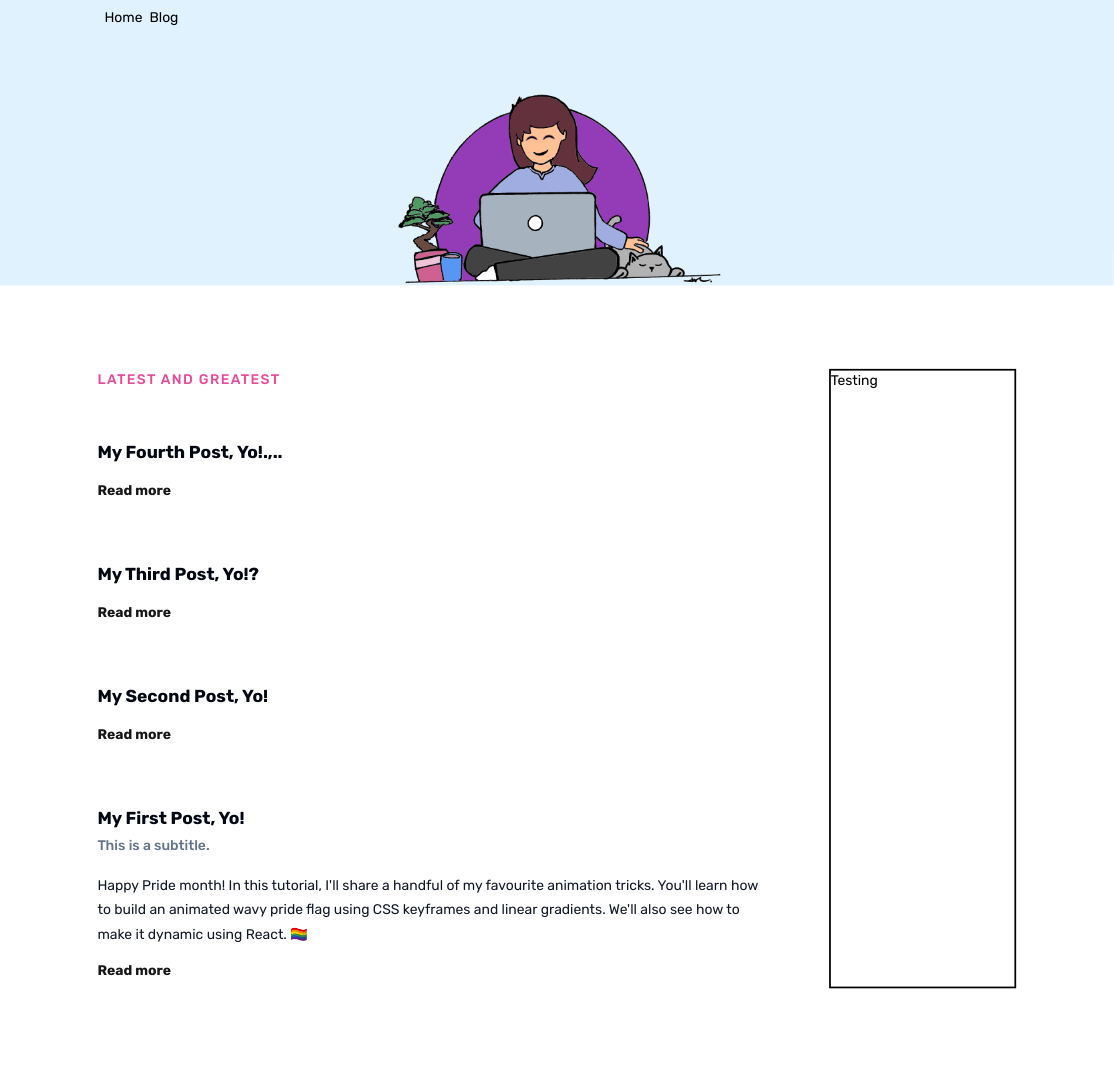
Repository: Risclover/markdown-blog
Page: /
The author's editor kept a copy of each file at every save. The page is drawn from the files as they stood at one save, then again after the next save.
The browser window is 1280 px wide. The pictures show the whole page, at 87% of full size.
The project was rebuilt for these pictures with package versions that can differ from the ones it lists, and the page was loaded fresh each time. Also part of the build but not shown: src/ErrorPage.js, src/pages/PostPage/PostPage.js.

Above is the page before, as saved 2023-06-29 04:33:12.

### src/index.js
import React from "react";
import ReactDOM from "react-dom/client";
import { createBrowserRouter, RouterProvider } from "react-router-dom";
import "./fonts/wotfard-cufonfonts-webfont/style.css";
import postList from "./posts.json";

import "./index.css";
import App from "./App";
import ErrorPage from "./ErrorPage";
import PostPage from "./pages/PostPage/PostPage";
import Home from "./pages/Home/Home";

const router = createBrowserRouter([
  {
    path: "/",
    element: <App />,
    children: [
      {
        path: "/",
        element: <Home />,
        errorElement: <ErrorPage />,
      },
      {
        path: "/posts/:id",
        element: <PostPage postList={postList} />,
      },
    ],
  },
]);

const root = ReactDOM.createRoot(document.getElementById("root"));
root.render(
  <React.StrictMode>
    <RouterProvider router={router} />
  </React.StrictMode>
);

### src/fonts/wotfard-cufonfonts-webfont/style.css
/* #### Generated By: http://www.cufonfonts.com #### */

    @font-face {
    font-family: 'Wotfard Regular';
    font-style: normal;
    font-weight: normal;
    src: local('Wotfard Regular'), url('Wotfard-Regular.woff') format('woff');
    }

### src/posts.json
[{"id":4,"title":"My Third Post, Yo!?","subtitle":"No subtitle given","description":"No description given","author":"Dave Jones","date":"December 13, 2019","timestamp":1576224000,"content":"\nWelcome to My Blog. _It's a beautiful thing._ I hope you'll have as much fun reading my posts as I have writing them. Well, before we go any further, allow me to introduce myself. I'm Dave Jones. I'm 34, and from Montreal, Canada.\n"},{"id":3,"title":"My Second Post, Yo!","subtitle":"No subtitle given","description":"No description given","author":"Dave Jones","date":"December 11, 2019","timestamp":1576051200,"content":"\nWelcome to My Blog. _It's a beautiful thing._ I hope you'll have as much fun reading my posts as I have writing them. Well, before we go any further, allow me to introduce myself. I'm Dave Jones. I'm 34, and from Montreal, Canada.\n"},{"id":2,"title":"My Fourth Post, Yo!.,..","subtitle":"No subtitle given","description":"No description given","author":"Dave Jones","date":"December 16, 2019","timestamp":1576483200,"content":"\nWelcome to My Blog. _It's a beautiful thing._ I hope you'll have as much fun reading my posts as I have writing them. Well, before we go any further, allow me to introduce myself. I'm Dave Jones. I'm 34, and from Montreal, Canada.\n"},{"id":1,"title":"My First Post, Yo!","subtitle":"This is a subtitle.","description":"Happy Pride month! In this tutorial, I'll share a handful of my favourite animation tricks. You'll learn how to build an animated wavy pride flag using CSS keyframes and linear gradients. We'll also see how to make it dynamic using React. 🏳️‍🌈","author":"Dave Jones","date":"December 11, 2019","timestamp":1576051200,"content":"\nWelcome to My Blog. _It's a beautiful thing._ I hope you'll have as much fun reading my posts as I have writing them. Well, before we go any further, allow me to introduce myself. I'm Dave Jones. I'm 34, and from Montreal, Canada.\n"}]

### src/index.css
/* Importing the Rubik font from Google Fonts */

@import url("https://fonts.googleapis.com/css2?family=Rubik:ital,wght@0,300;0,400;0,500;0,600;0,700;0,800;0,900;1,300;1,400;1,500;1,600;1,700;1,800;1,900&display=swap");

### src/App.js
import "./App.css";
import { Outlet, Route, Routes } from "react-router-dom";
import Home from "./pages/Home/Home";
import NavBar from "./components/NavBar";
import Header from "./components/Header";
import HomeHeader from "./components/HomeHeader";
import postList from "./posts.json";

function App() {
  return (
    <div className="bg-white-100 min-h-screen">
      <Header>
        <NavBar />
        <HomeHeader />
      </Header>
      <div className="m-auto">
        <Outlet />
      </div>
    </div>
  );
}

export default App;

### src/pages/Home/Home.js
import React, { useEffect } from "react";
import postList from "../../posts.json";
import BlogPost from "../../components/BlogPost";
import { Link } from "react-router-dom";

export default function Home() {
  console.log(postList);

  postList.sort((a, b) => {
    let aPost = a.timestamp;
    let bPost = b.timestamp;

    return bPost - aPost;
  });

  return (
    <main className="container px-12 py-24 font-sans mx-auto max-w-6xl w-full flex">
      <section className="mr-16">
        <h2 className="uppercase text-base font-medium tracking-widest text-pink-500">
          Latest and Greatest
        </h2>
        <div className="grid grid-cols-1 gap-1 grid-flow-row ">
          {postList.map((post) => (
            <Link to={`/posts/${post.id}`}>
              <BlogPost post={post} />
            </Link>
          ))}
        </div>
      </section>
      <section className="w-1/3 border-2 border-black">Testing</section>
    </main>
  );
}

### src/components/NavBar.js
import React from "react";
import { Link } from "react-router-dom";

export default function NavBar() {
  return (
    <div className="py-2">
      <ul className="flex">
        <li className="mx-2">
          <Link to={"/"}>Home</Link>
        </li>
        <li>Blog</li>
      </ul>
    </div>
  );
}

### src/components/Header.js
import React from "react";

export default function Header({ children }) {
  return (
    <header className="w-full bg-sky-100 flex flex-col">
      <div className="max-w-6xl px-12 w-full mx-auto">{children}</div>
    </header>
  );
}

### src/components/HomeHeader.js
import React from "react";
import Avatar from "../images/avatar.png";
export default function HomeHeader() {
  return (
    <div className="h-72 flex flex-col justify-end">
      <div>
        <img className="w-96 m-auto" src={Avatar} />
      </div>
    </div>
  );
}

### src/components/BlogPost.js
import React from "react";
import { HiMiniArrowRight } from "react-icons/hi2";

export default function BlogPost({ post }) {
  return (
    <div
      key={post.id}
      className="container py-2 bg-white mt-12 group cursor-pointer"
    >
      <h3 className="text-xl font-bold leading-8 text-gray-950 group-hover:text-violet-600">
        {post.title}
      </h3>
      {post.subtitle !== "No subtitle given" && (
        <div className="text-slate-500 text-base leading-8 font-medium">
          {post.subtitle}
        </div>
      )}
      {post.description !== "No description given" && (
        <div className="mt-4 font-normal text-gray-900 text-base leading-7">
          {post.description}
        </div>
      )}
      <div className="mt-4 font-bold text-neutral-900 text-base flex items-center">
        <span className="mr-1">Read more</span>{" "}
        <span className="text-lg text-violet-600 hidden group-hover:block">
          <HiMiniArrowRight />
        </span>
      </div>
    </div>
  );
}

### tailwind.config.js
/** @type {import('tailwindcss').Config} */
module.exports = {
  content: [
    "./app/**/*.{js,ts,jsx,tsx,mdx}",
    "./pages/**/*.{js,ts,jsx,tsx,mdx}",
    "./components/**/*.{js,ts,jsx,tsx,mdx}",

    // Or if using `src` directory:
    "./src/**/*.{js,ts,jsx,tsx,mdx}",
  ],
  theme: {
    fontFamily: {
      sans: ["Rubik", "sans-serif"],
    },
    extend: {},
  },
  plugins: [],
};

### src/pages/Home/Categories.js
import React from "react";

export default function Categories() {
  return <section>Categories</section>;
}

Loaded but not shown: public/index.html (common file); src/App.css (common file)

After the next save:
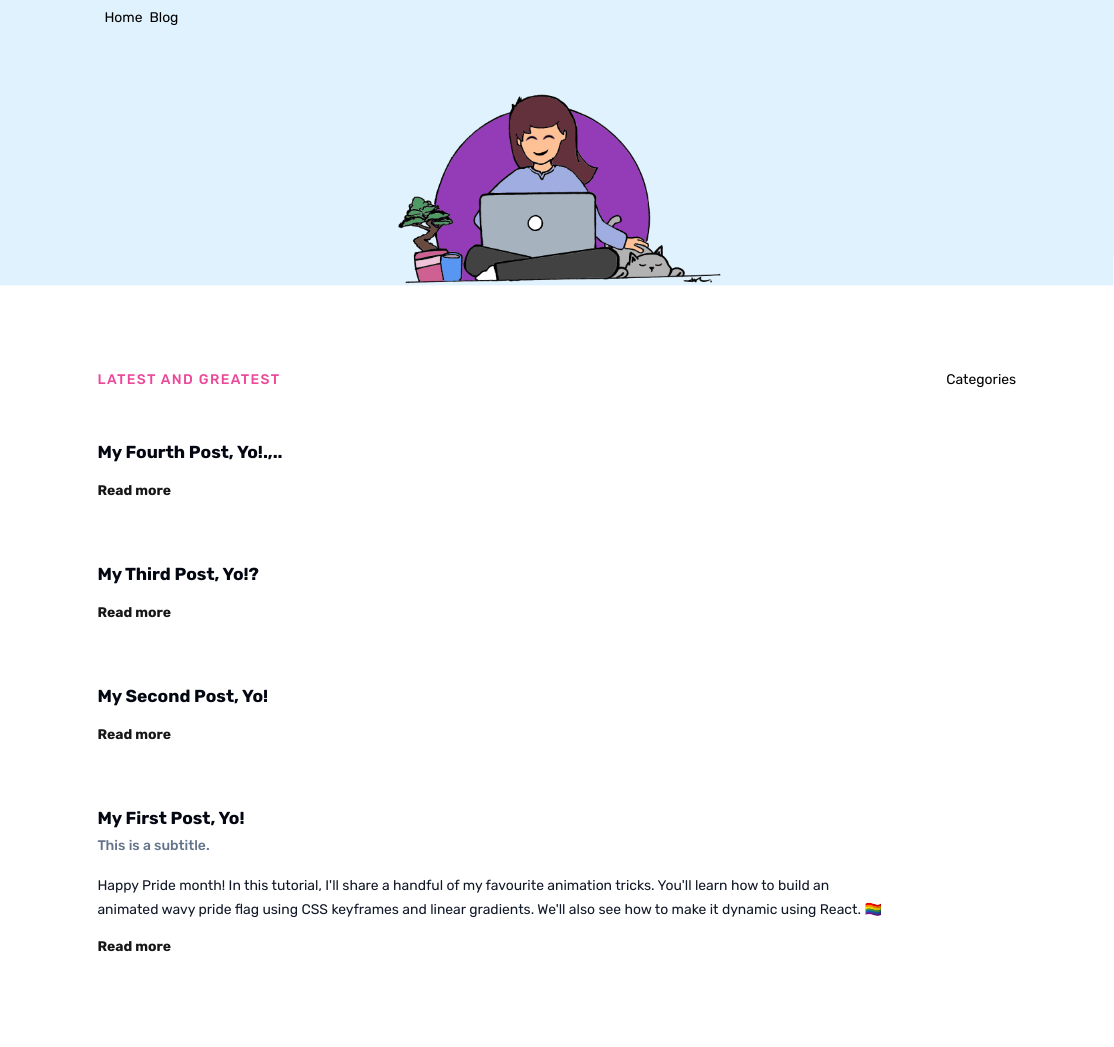
Saved 7 s later.
--- a/src/pages/Home/Home.js
+++ b/src/pages/Home/Home.js
@@ -2,6 +2,7 @@
 import postList from "../../posts.json";
 import BlogPost from "../../components/BlogPost";
 import { Link } from "react-router-dom";
+import Categories from "./Categories";
 
 export default function Home() {
   console.log(postList);
@@ -27,7 +28,7 @@
           ))}
         </div>
       </section>
-      <section className="w-1/3 border-2 border-black">Testing</section>
+      <Categories />
     </main>
   );
 }

After the save that followed:
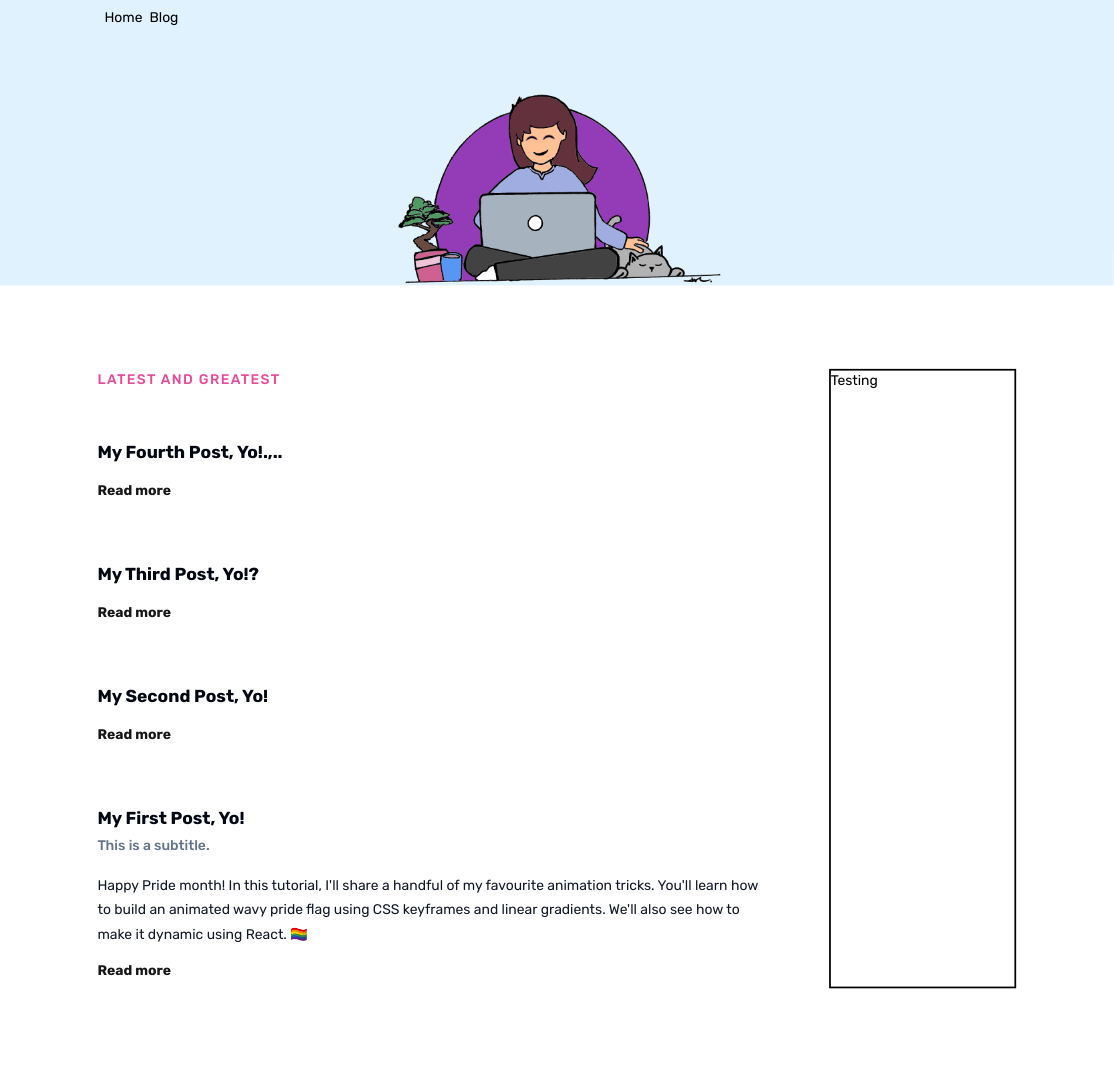
Saved 7 s later.
--- a/src/pages/Home/Home.js
+++ b/src/pages/Home/Home.js
@@ -2,7 +2,6 @@
 import postList from "../../posts.json";
 import BlogPost from "../../components/BlogPost";
 import { Link } from "react-router-dom";
-import Categories from "./Categories";
 
 export default function Home() {
   console.log(postList);
@@ -28,7 +27,7 @@
           ))}
         </div>
       </section>
-      <Categories />
+      <section className="w-1/3 border-2 border-black">Testing</section>
     </main>
   );
 }
